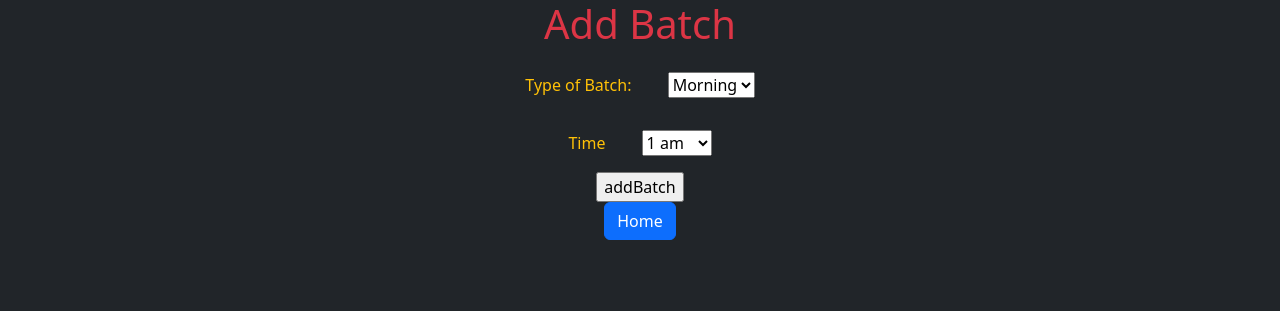
Repository: Jannis-Buschhaus/simplilearn-assessment-phase2
Page: http://localhost/FunfitWebapp/addBatch.jsp
The author's editor kept a copy of each file at every save. The page is drawn from the files as they stood at one save, then again after the next save.
The browser window is 1280 px wide. The pictures show the whole page.
The page is served by Tomcat 9. Other server files are loaded and not shown.

Above is the page before, as saved 2024-05-30 14:29:00.

### FunfitWebapp/src/main/webapp/addBatch.jsp
<%@ page language="java" contentType="text/html; charset=UTF-8"
    pageEncoding="UTF-8"%>
<!DOCTYPE html>
<html>
<head>
<meta charset="UTF-8">
<title>Add Batch</title>
<link href="https://cdn.jsdelivr.net/npm/bootstrap@5.3.3/dist/css/bootstrap.min.css" rel="stylesheet" integrity="sha384-QWTKZyjpPEjISv5WaRU9OFeRpok6YctnYmDr5pNlyT2bRjXh0JMhjY6hW+ALEwIH" crossorigin="anonymous">
</head>
<body class="bg-dark">
	<h1 class="text-danger text-center">Add Batch</h1>
	<div class="text-center">
		<form action="BatchController" method="post">
		<label class="text-warning m-3" for="typeOfBatch">Type of Batch: </label>
		<select class="m-3" name="typeOfBatch">
			<option value="morning">Morning</option>
			<option value="evening">Evening</option>
		</select><br/>
		<label class="text-warning m-3" for="time">Time</label>
		<select class="m-3" name="time">
			<% for(int i=1; i<=12; i++){ %>
				<option value="<%=i%>am"><%=i%> am</option>
			<% }%>
			<% for(int i=1; i<=12; i++){ %>
				<option value="<%=i%>pm"><%=i%> pm</option>
			<% }%>
		</select><br />
		<input type="submit" value="addBatch" />
		</form>
		<a  class="btn btn-primary" href="index.jsp">Home</a>
	</div>
</body>
</html>

After the next save:
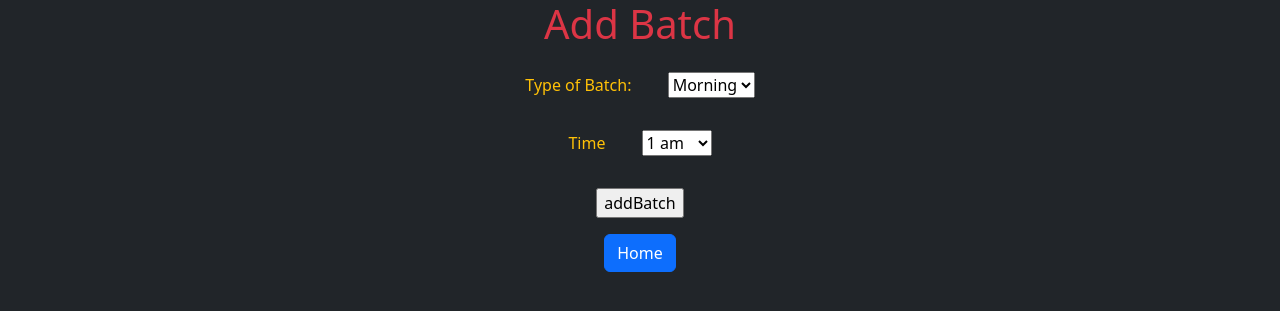
Saved 12 s later.
--- a/FunfitWebapp/src/main/webapp/addBatch.jsp
+++ b/FunfitWebapp/src/main/webapp/addBatch.jsp
@@ -25,7 +25,7 @@
 				<option value="<%=i%>pm"><%=i%> pm</option>
 			<% }%>
 		</select><br />
-		<input type="submit" value="addBatch" />
+		<input class="m-3" type="submit" value="addBatch" />
 		</form>
 		<a  class="btn btn-primary" href="index.jsp">Home</a>
 	</div>
